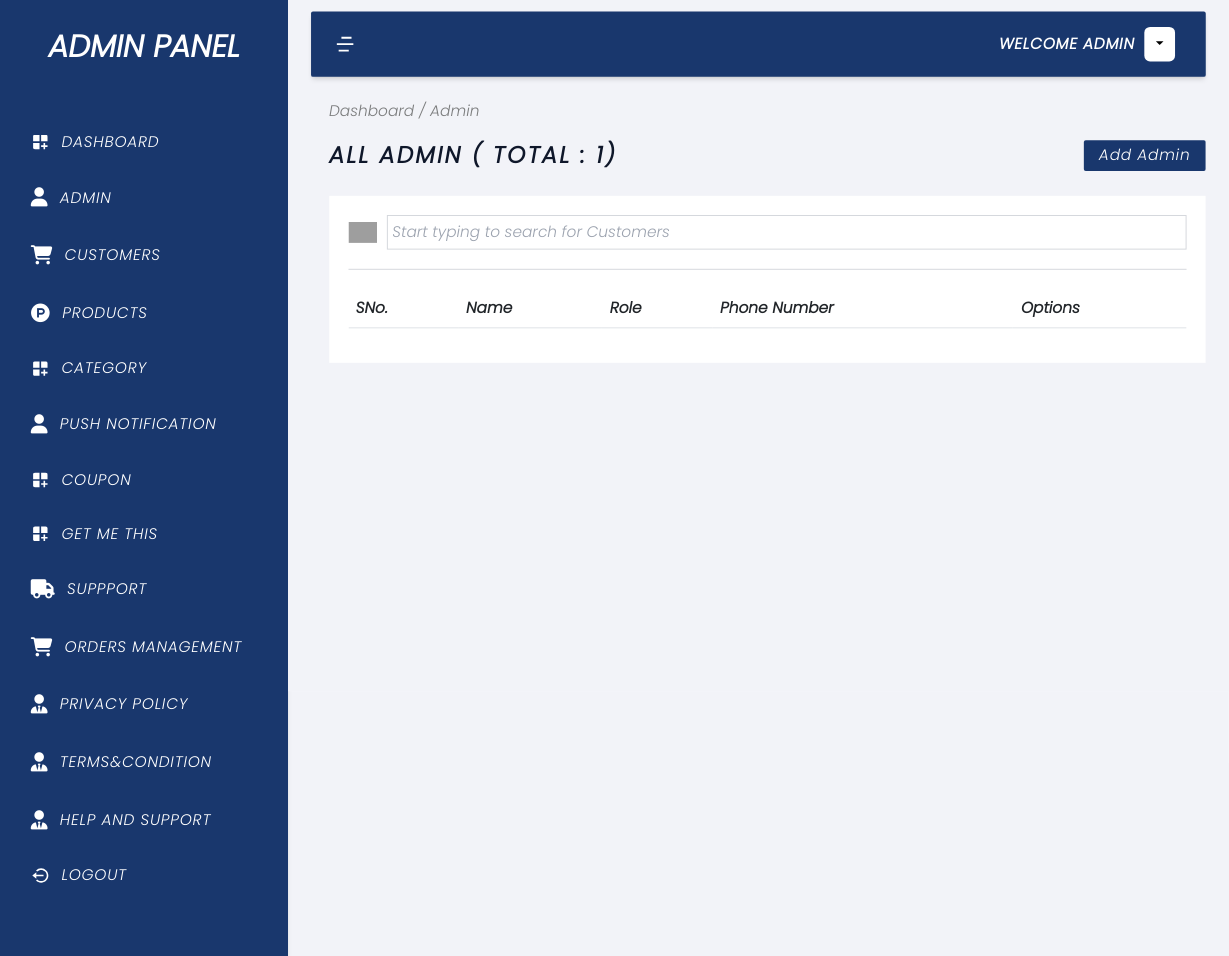
Repository: arpanmalik/project-khanna
Page: /Admin
These files come from the project's save history. The page is drawn as it stood at one moment and after a run of saves; the edit follows.
The browser window is 1280 px wide. The pictures show the whole page, at 96% of full size.
Pictures or frames that could not be fetched are drawn as grey boxes. Some web libraries are served in a nearby version. The project was rebuilt for these pictures with package versions that can differ from the ones it lists, and the page was loaded fresh each time. Also part of the build but not shown: src/E-CommerceAdmin/forms/Login.jsx, src/E-CommerceAdmin/pages/Dashboard.jsx, src/E-CommerceAdmin/pages/ECategory.js, src/E-CommerceAdmin/pages/EProduct.js, src/E-CommerceAdmin/pages/EVendorList.js, src/E-CommerceAdmin/pages/EAdminOrders.js, src/E-CommerceAdmin/pages/EAdminProduct.js, src/E-CommerceAdmin/pages/EAdminDelivery.js and 11 more. Imported but missing from the stored project, and not drawn on this page: src/E-CommerceAdmin/pages/Component/SpinnerComp, src/E-CommerceVendor/forms/EVendorLogin, src/E-CommerceVendor/pages/EVCategory, src/E-CommerceVendor/pages/EVCoupon, src/E-CommerceVendor/pages/EVDashboard, src/E-CommerceVendor/pages/EVOrders, src/E-CommerceVendor/pages/EVProduct, src/E-CommerceVendor/pages/EVSubCategory.

Above is the page before, as saved 2023-05-16 15:02:37.

### public/index.html
<!-- @format -->

<!DOCTYPE html>
<html lang="en">
  <head>
    <meta charset="utf-8" />
    <meta name="viewport" content="width=device-width, initial-scale=1" />
    <meta name="theme-color" content="#000000" />
    <meta
      name="description"
      content="Web site created using create-react-app"
    />
    <link rel="manifest" href="%PUBLIC_URL%/manifest.json" />
    <link rel="preconnect" href="https://fonts.googleapis.com">
<link rel="preconnect" href="https://fonts.gstatic.com" crossorigin>
<link href="https://fonts.googleapis.com/css2?family=Roboto+Mono:ital,wght@1,300&display=swap" rel="stylesheet">
    <title>Admin Panel</title>
  </head>
  <body>
    <noscript>You need to enable JavaScript to run this app.</noscript>
    <div id="root"></div>
    <script src="https://code.jquery.com/jquery-3.6.0.min.js"></script>
    <script src="https://kit.fontawesome.com/b533b351e4.js" crossorigin="anonymous"></script>
  </body>
</html>

### src/E-CommerceAdmin/pages/EAdmin.js
/** @format */

import axios from "axios";
import React, { useEffect, useState } from "react";
import { Alert, Badge, Button, Form, Modal, Table } from "react-bootstrap";
import { toast } from "react-toastify";
import HOC from "../layout/HOC";

const EAdmin = () => {
  const [modalShow, setModalShow] = React.useState(false);


  function MyVerticallyCenteredModal(props) {
    const [name, setName] = useState("");
    const [email, setEmail] = useState("");
    const [password, setPassword] = useState("");
    const [passwordConfirmation, setPasswordConfirmation] = useState("");
    const [phone, setPhone] = useState("");
    const [passwordError, setPasswordError] = useState(false);

    const postHandler = async (e) => {
      e.preventDefault();
      if (password === passwordConfirmation) {
        try {
          const { data } = await axios.post(
            "http://ec2-65-1-248-95.ap-south-1.compute.amazonaws.com:8886/api/auth/register",
            {
              name,
              username: name,
              email,
              password,
              passwordConfirmation,
              phone,
              role: "admin",
            }
          );
          toast.success(`${data?.user?.name} Created `);

        } catch (e) {
          console.log(e);
          toast.error(e.response.data.message);
        }
      } else {
        setPasswordError(true);
      }
    };

    return (
      <Modal
        {...props}
        size="lg"
        aria-labelledby="contained-modal-title-vcenter"
        centered
      >
        <Modal.Header closeButton>
          <Modal.Title id="contained-modal-title-vcenter">
            Add Admin
          </Modal.Title>
        </Modal.Header>
        <Modal.Body>
          {passwordError ? (
            <Alert variant="danger">Passwords do not Match</Alert>
          ) : (
            ""
          )}
          <Form onSubmit={postHandler}>
            <Form.Group className="mb-3">
              <Form.Label>Name</Form.Label>
              <Form.Control
                type="text"
                required
                onChange={(e) => setName(e.target.value)}
              />
            </Form.Group>
            <Form.Group className="mb-3">
              <Form.Label>Email Address</Form.Label>
              <Form.Control
                type="email"
                required
                onChange={(e) => setEmail(e.target.value)}
              />
            </Form.Group>
            <Form.Group className="mb-3">
              <Form.Label>Phone Number</Form.Label>
              <Form.Control
                type="tel"
                pattern="[0-9]{10}"
                required
                onChange={(e) => setPhone(e.target.value)}
              />
            </Form.Group>
            <Form.Group className="mb-3">
              <Form.Label>Password</Form.Label>
              <Form.Control
                type="password"
                required
                onChange={(e) => setPassword(e.target.value)}
                minLength={8}
              />
            </Form.Group>
            <Form.Group className="mb-3">
              <Form.Label>Confirm Password</Form.Label>
              <Form.Control
                type="password"
                required
                onChange={(e) => setPasswordConfirmation(e.target.value)}
                minLength={8}
              />
            </Form.Group>
            <Button variant="outline-success" type="submit">
              Submit
            </Button>
          </Form>
        </Modal.Body>
        <Modal.Footer></Modal.Footer>
      </Modal>
    );
  }



  return (
    <>
      <MyVerticallyCenteredModal
        show={modalShow}
        onHide={() => setModalShow(false)}
      />

      <p className="headP">Dashboard / Admin</p>
      <div
        className="pb-4 sticky top-0  w-full flex justify-between items-center"
        style={{ width: "98%", marginLeft: "2%" }}
      >
        <span
          className="tracking-widest text-slate-900 font-semibold uppercase "
          style={{ fontSize: "1.5rem" }}
        >
          All Admin ( Total : 1)
        </span>
        <button
          onClick={() => {
            setModalShow(true);
          }}
          className="md:py-2 px-3 md:px-4 py-1 rounded-sm bg-[#19376d] text-white tracking-wider"
        >
          Add Admin
        </button>
      </div>

      <section className="sectionCont">
            <div className="filterBox">
              <img
                src="https://t4.ftcdn.net/jpg/01/41/97/61/360_F_141976137_kQrdYIvfn3e0RT1EWbZOmQciOKLMgCwG.jpg"
                alt=""
              />
              <input
                type="search"
                placeholder="Start typing to search for Customers"
              />
            </div>

            <div className="overFlowCont">
              <Table>
                <thead>
                  <tr>
                    <th>SNo.</th>
                    <th>Name</th>
                    <th>Role</th>
                    <th>Phone Number</th>
                    <th>Options</th>
                  </tr>
                </thead>
                <tbody>

                </tbody>
              </Table>
            </div>
      </section>
    </>
  );
};

export default HOC(EAdmin);

### src/E-CommerceAdmin/layout/HOC.jsx
/** @format */

import React, { useState } from "react";
import Navbar from "./Navbar";
import Sidebar from "./Sidebar";

const HOC = (Wcomponenet) => {
  return function Component() {
    const [hamb, setHamb] = useState(false);
    return (
      <>
        <section
          className="flex overflow-x-hidden relative "
          style={{ backgroundColor: "#f2f3f8" }}
        >
          {/* Sidebar */}
          <div
            className={
              hamb
                ? " absolute top-0 z-30 md:w-auto shadow-md bg-slate-200  w-60 transition-all md:-left-full left duration-150  h-auto overflow-y-auto  left-0 "
                : " md:w-72 z-30 bg-slate-200  shadow-md  md:static absolute top-0 -left-full   transition-all duration-150  overflow-y-auto h-auto"
            }
            style={{ minWidth: "300px" }}
          >
            <Sidebar hamb={hamb} setHamb={setHamb} />
          </div>
          {/* Components & Navbar */}
          <div
            className={
              hamb
                ? " transition-all px-4 py-2  duration-150 w-full h-screen"
                : " w-full h-screen  px-4 py-2   z-50 transition-all duration-150 "
            }
            style={{ backgroundColor: "#f2f3f8" }}
          >
            <Navbar hamb={hamb} setHamb={setHamb} />
            <div className="my-6 text-#000 h-[87%] wcomp overflow-y-auto">
              {" "}
              <Wcomponenet />
            </div>
          </div>
        </section>
      </>
    );
  };
};

export default HOC;

### src/E-CommerceAdmin/layout/Navbar.jsx
/** @format */
import { RiMenu4Line } from "react-icons/ri";
import Dropdown from "react-bootstrap/Dropdown";
import { UpdateProfile } from "../../Modals";
import { useState } from "react";
import { useNavigate } from "react-router-dom";
import { toast } from "react-toastify";

const Navbar = ({ hamb, setHamb }) => {
  const [modalShow, setModalShow] = useState(false);
  const navigate = useNavigate();

  function LogOut () {
    navigate('/')
    toast.success("Logged Out")
  }

  return (
    <>
      <UpdateProfile show={modalShow} onHide={() => setModalShow(false)} />
      <div
        className={
          hamb
            ? "flex  w-full justify-between  my-1 rounded-sm  p-4 py-3 shadow-md items-center  bg-slate-200 space-x-4"
            : "flex  w-full justify-between my-1 rounded-sm  p-4 py-3 shadow-md items-center  bg-slate-200 space-x-4"
        }
        style={{ backgroundColor: "#19376d" }}
      >
        <RiMenu4Line
          onClick={() => setHamb(!hamb)}
          className="text-2xl font-bold text-gray-900 hover:scale-90 cursor-pointer"
          style={{ color: "#fff" }}
        />

        <section className="flex sm:ml-auto justify-end sm:w-full items-center space-x-2  pr-2">
          <figcaption
            className="tracking-wider pl-1 font-semibold d-flex"
            style={{ gap: "10px", alignItems: "center" }}
          >
            <div
              className="lg:text-base text-sm text-gray-900  uppercase"
              style={{ color: "#fff" }}
            >
              Welcome Admin
            </div>
            <Dropdown>
              <Dropdown.Toggle id="dropdown-basic"></Dropdown.Toggle>

              <Dropdown.Menu>
                <Dropdown.Item onClick={() => setModalShow(true)}>
                  Update Profile <i className="fa-solid fa-user"></i>{" "}
                </Dropdown.Item>
                <Dropdown.Item onClick={() => LogOut()} >
                  Logout <i className="fa-solid fa-right-from-bracket"></i>{" "}
                </Dropdown.Item>
              </Dropdown.Menu>
            </Dropdown>
          </figcaption>
        </section>
      </div>
    </>
  );
};

export default Navbar;

### src/E-CommerceAdmin/layout/Sidebar.jsx
/** @format */

import React from "react";
import { RiCloseLine } from "react-icons/ri";
import { Link, useNavigate } from "react-router-dom";
import { BiLogOutCircle } from "react-icons/bi";
import { MdDashboardCustomize } from "react-icons/md";

const Sidebar = ({ hamb, setHamb }) => {
  const navigate = useNavigate();

  const nav = [
    {
      icon: <MdDashboardCustomize className="text-xl mr-3 rounded-full " />,
      link: "/dashboard ",
      name: "Dashboard",
    },
    {
      icon: <i className="fa-solid fa-user text-xl mr-3 rounded-full"></i>,
      link: "/Admin",
      name: "Admin",
    },
    {
      icon: (
        <i className="fa-solid fa-cart-shopping text-xl mr-3 rounded-full"></i>
      ),
      link: "/Customer",
      name: "Customers",
    },
    // {
    //   icon: <i className="fa-solid fa-user-tie text-xl mr-3 rounded-full"></i>,
    //   link: "/VendorList",
    //   name: "Vendors",
    // },
    {
      icon: (
        <i className="fa-brands fa-product-hunt text-xl mr-3 rounded-full"></i>
      ),
      link: "/Product",
      name: "Products",
    },
    {
      icon: <MdDashboardCustomize className="text-xl mr-3 rounded-full " />,
      link: "/Category",
      name: "Category",
    },

    // {
    //   icon: <MdDashboardCustomize className="text-xl mr-3 rounded-full " />,
    //   link: "/SubCategory",
    //   name: "Sub-Category",
    // },
    {
      icon: <i className="fa-solid fa-user text-xl mr-3 rounded-full"></i>,
      link: "/pushNotification",
      name: "Push Notification",
    },

    // {
    //   icon: <MdDashboardCustomize className="text-xl mr-3 rounded-full " />,
    //   link: "/banner",
    //   name: "Banner",
    // },
    {
      icon: <MdDashboardCustomize className="text-xl mr-3 rounded-full " />,
      link: "/coupon",
      name: "Coupon",
    },
    {
      icon: <MdDashboardCustomize className="text-xl mr-3 rounded-full " />,
      link: "/getMeThis",
      name: "Get Me This",
    },
    {
      icon: <i className="fa-solid fa-truck  text-xl mr-3 rounded-full"></i>,
      link: "/Support",
      name: "Suppport",
    },
    {
      icon: (
        <i className="fa-solid fa-cart-shopping text-xl mr-3 rounded-full"></i>
      ),
      link: "/Orders",
      name: "Orders Management",
    },

    {
      icon: <i className="fa-solid fa-user-tie text-xl mr-3 rounded-full"></i>,
      link: "/privacy",
      name: "Privacy Policy",
    },
    {
      icon: <i className="fa-solid fa-user-tie text-xl mr-3 rounded-full"></i>,
      link: "/terms",
      name: "Terms&Condition",
    },
    // {
    //   icon: <i className="fa-solid fa-user-tie text-xl mr-3 rounded-full"></i>,
    //   link: "/helpSupport",
    //   name: "Help and Support",
    // },
    {
      icon: <i className="fa-solid fa-user-tie text-xl mr-3 rounded-full"></i>,
      link: "/complaints",
      name: "Help and Support",
    },
  ];

  const logOut = () => {
    localStorage.clear()
    navigate("/");
  };

  return (
    <>
      <aside
        className="p-4 h-auto"
        style={{ backgroundColor: "#19376d", minHeight: "100vh" }}
      >
        {/* Top */}
        <div className="w-full md:hidden relative  p-2 mb-4">
          <RiCloseLine
            onClick={() => setHamb(!hamb)}
            className="text-3xl  absolute top-2 sm:hover:rotate-[228deg] transition-transform font-bold right-2 sm:hover:text-[22px] text-[rgb(241,146,46)] cursor-pointer"
          />
        </div>{" "}
        <figure className="flex  flex-col items-center">
          <span
            className="font-bold text-[#fff]"
            style={{
              fontSize: "2rem",
              textAlign: "center",
              textTransform: "uppercase",
            }}
          >
            {" "}
            ADMIN PANEL
          </span>
        </figure>
        <nav className="py-6">
          {nav.map((nav) => {
            return (
              <Link
                to={nav.link}
                key={nav.name}
                className=""
                style={{ textDecoration: "none", textTransform: "uppercase" }}
              >
                <span
                  className="flex my-3 items-center cursor-pointer text-gray-900    tracking-wider p-2 rounded-sm"
                  style={{ color: "#FFF" }}
                >
                  {nav.icon} {nav.name}
                </span>
              </Link>
            );
          })}
          <span
            className="flex my-3 items-center cursor-pointer text-gray-900    tracking-wider p-2 rounded-sm"
            onClick={() => logOut()}
            style={{ color: "#FFF", textTransform: "uppercase" }}
          >
            <BiLogOutCircle className="text-xl mr-3 rounded-full " /> LogOut
          </span>
        </nav>
      </aside>
    </>
  );
};

export default Sidebar;

Loaded but not shown: tailwind.config.js (common file); src/App.js (92 lines, source omitted); src/Modals.js (41 lines, source omitted); src/index.js (15 lines, source omitted); src/index.css (504 lines, source omitted)

After the next 2 saves:
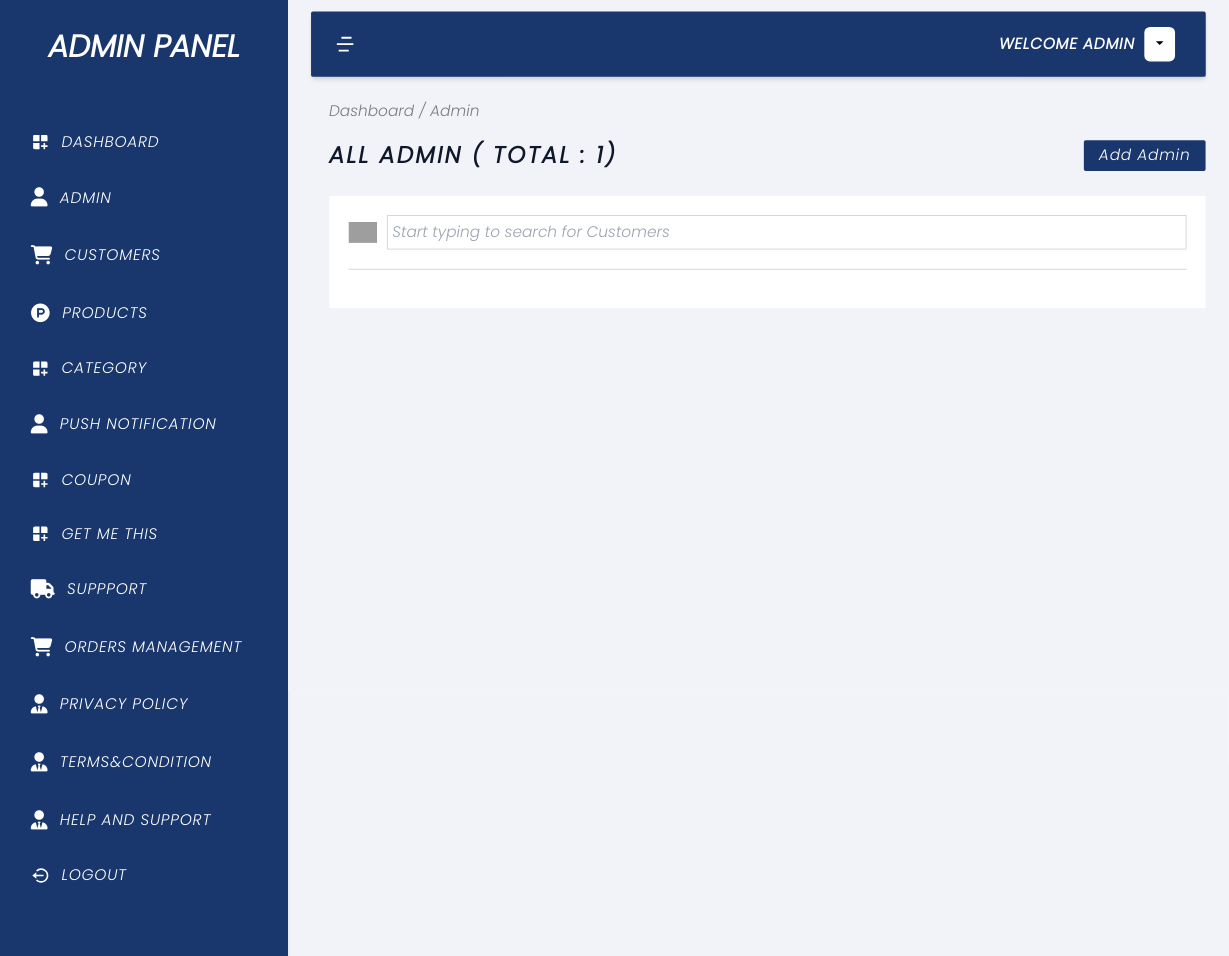
The 2 saves are shown as one change because they came seconds apart.
The last was saved 21 s later.
--- a/src/E-CommerceAdmin/pages/EAdmin.js
+++ b/src/E-CommerceAdmin/pages/EAdmin.js
@@ -160,20 +160,7 @@ const EAdmin = () => {
             </div>
 
             <div className="overFlowCont">
-              <Table>
-                <thead>
-                  <tr>
-                    <th>SNo.</th>
-                    <th>Name</th>
-                    <th>Role</th>
-                    <th>Phone Number</th>
-                    <th>Options</th>
-                  </tr>
-                </thead>
-                <tbody>
 
-                </tbody>
-              </Table>
             </div>
       </section>
     </>
